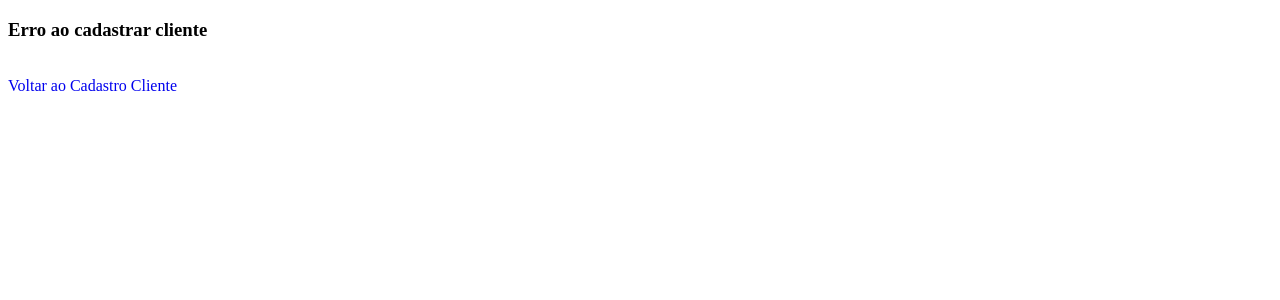
Repository: alvarofgomes/TartarugaCometa
Page: http://localhost/TartarugaCometa/src/main/WebContent/cliente/erro.jsp
These files come from the project's save history. The page is drawn as it stood at one moment and after the next save; the edit follows.
The browser window is 1280 px wide. The pictures show the whole page.
The page is served by Tomcat 9. Other server files are loaded and not shown.

Above is the page before, as saved 2025-12-17 20:58:28.

### TartarugaCometa/src/main/WebContent/cliente/erro.jsp
<!DOCTYPE html>
<html>
<head>
<meta charset="UTF-8">
<title>Erro</title>
<style>
a{text-decoration: none;}
</style>
</head>
<body>

	<h3>Erro ao cadastrar cliente</h3>
	<p>${erro}</p>

	<br>
	<a href="/TartarugaCometa/clienteCadastrar">Voltar ao Cadastro Cliente</a>

</body>
</html>

### TartarugaCometa/src/main/WebContent/css/style.css
@charset "UTF-8";

a{text-decoration: none;}

body {background-color: #9de0ad;}

After the next save:
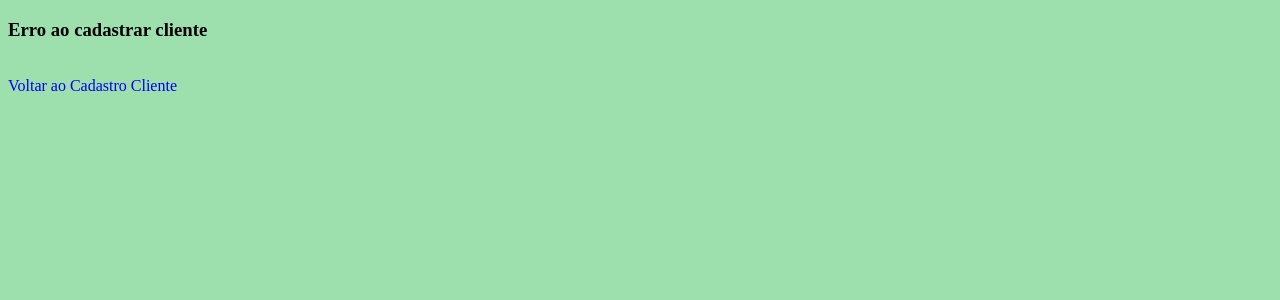
Saved 7 s later.
--- a/TartarugaCometa/src/main/WebContent/cliente/erro.jsp
+++ b/TartarugaCometa/src/main/WebContent/cliente/erro.jsp
@@ -3,9 +3,7 @@
 <head>
 <meta charset="UTF-8">
 <title>Erro</title>
-<style>
-a{text-decoration: none;}
-</style>
+<link rel="stylesheet" href="/TartarugaCometa/css/style.css">
 </head>
 <body>
 
